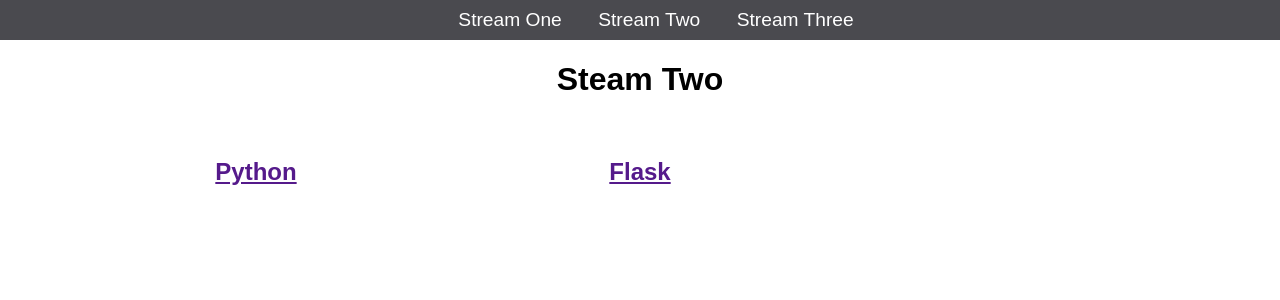
Repository: lisaannbyrne1/my-first-website
Page: stream-two.html
The author's editor kept a record of every edit. The page is drawn from the files as they stood at one moment, then again after the next edit.
The browser window is 1280 px wide. The pictures show the whole page.

Above is the page before.

After the next edit:
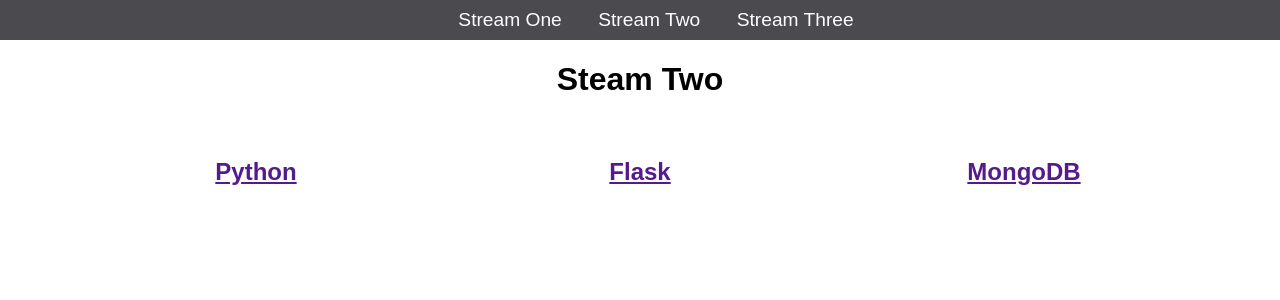
The edit:
--- a/stream-two.html
+++ b/stream-two.html
@@ -25,5 +25,11 @@
                 <h2>Flask</h2>
             </a>
         </div>
+        <div class="card">
+            <a href="">
+                <img src=""/>
+                <h2>MongoDB</h2>
+            </a>
+        </div>
     </body>
 </html>
